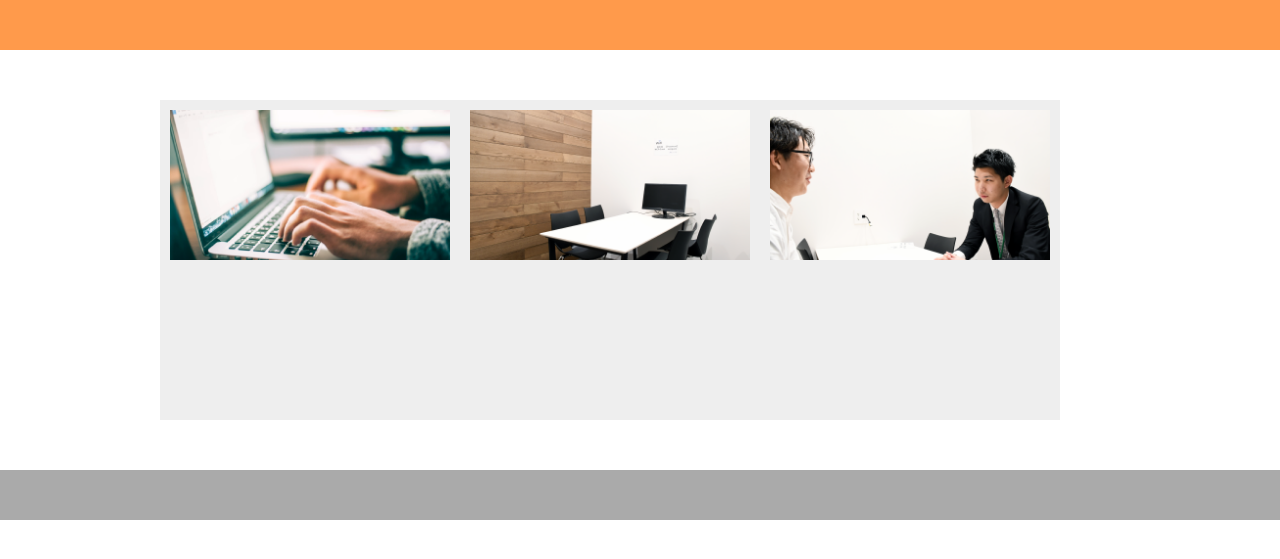
Repository: chihuyu3369/curriculum
Page: chapter9/index.html
The author's editor kept a record of every edit. The page is drawn from the files as they stood at one moment, then again after the next edit.
The browser window is 1280 px wide. The pictures show the whole page.

Above is the page before.

After the next edit:
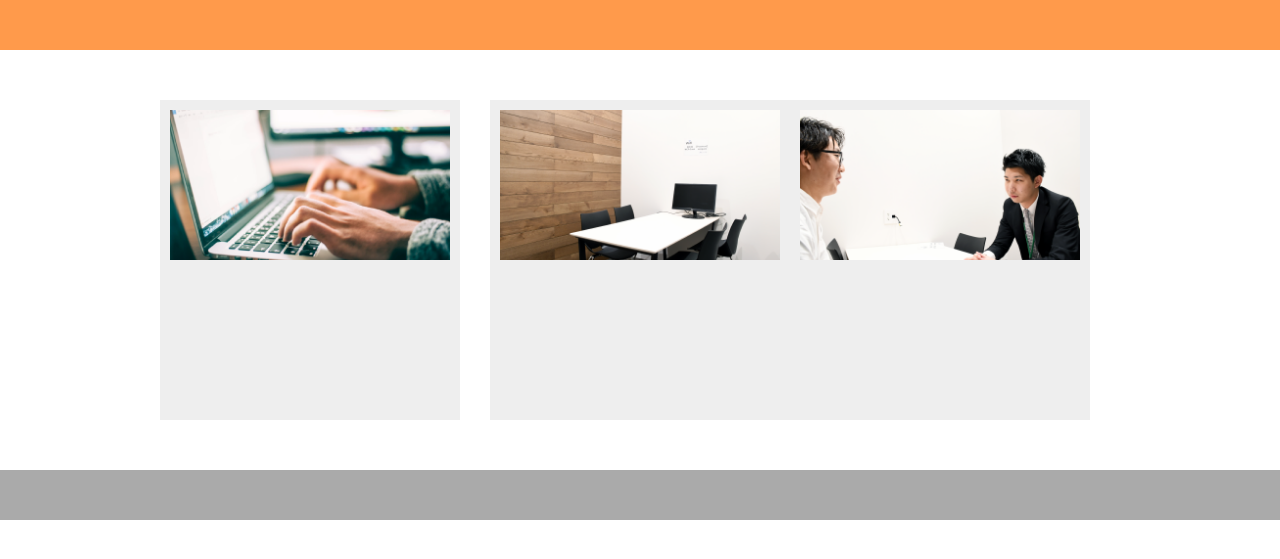
The edit:
--- a/chapter9/index.html
+++ b/chapter9/index.html
@@ -20,7 +20,7 @@
     </div>
 
 
-    <div class="main-visual">
+    <div class="main-visual2">
       <div class="main-visual-img2"></div>
 
 
